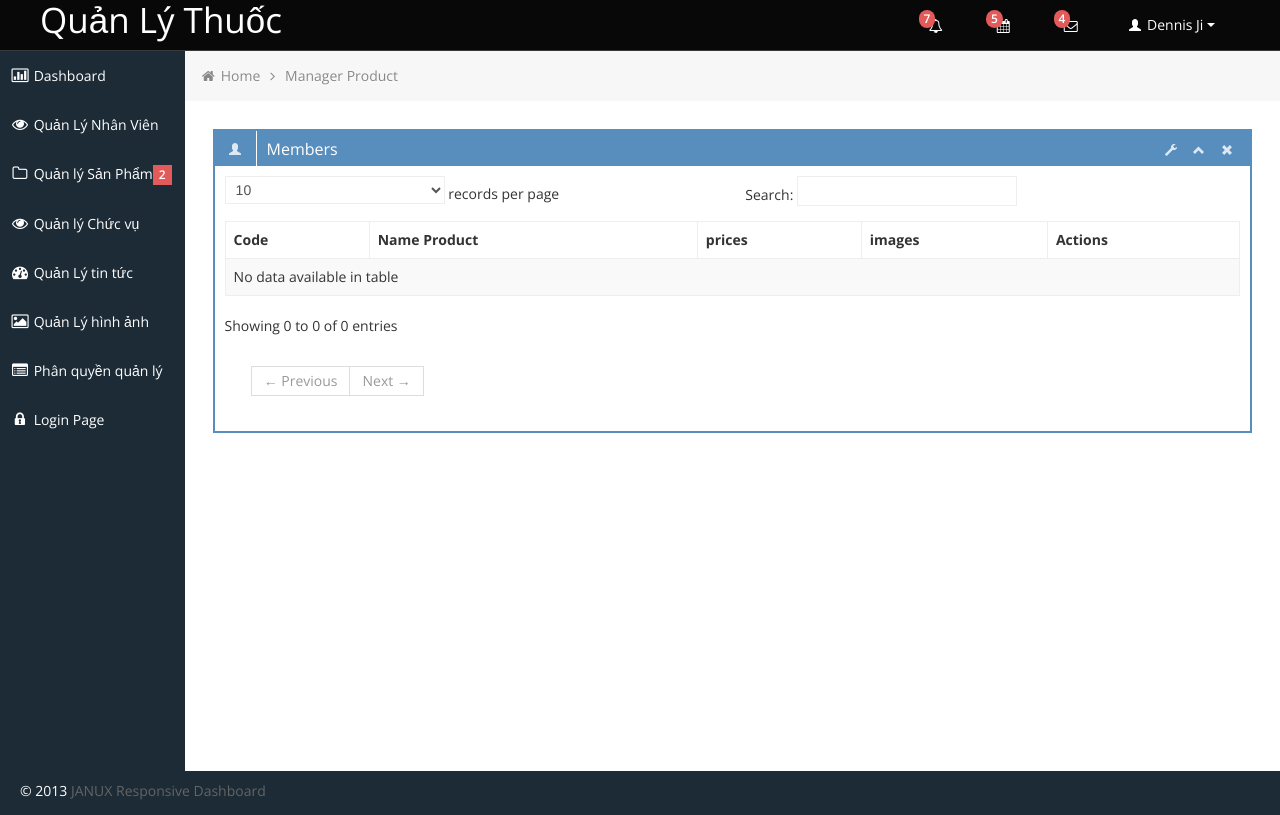
Repository: quangqt/QuanLyThuoc
Page: http://localhost/QuanLyThuoc/
An editor plug-in stored every save of this project. The page is shown before and after the next save, followed by the edit.
The browser window is 1280 px wide. The pictures show the whole page.
The page is served by Tomcat 9. Queries for data that is not in the repository find no rows.

Above is the page before, as saved 2018-05-02 03:52:47.

After the next save:
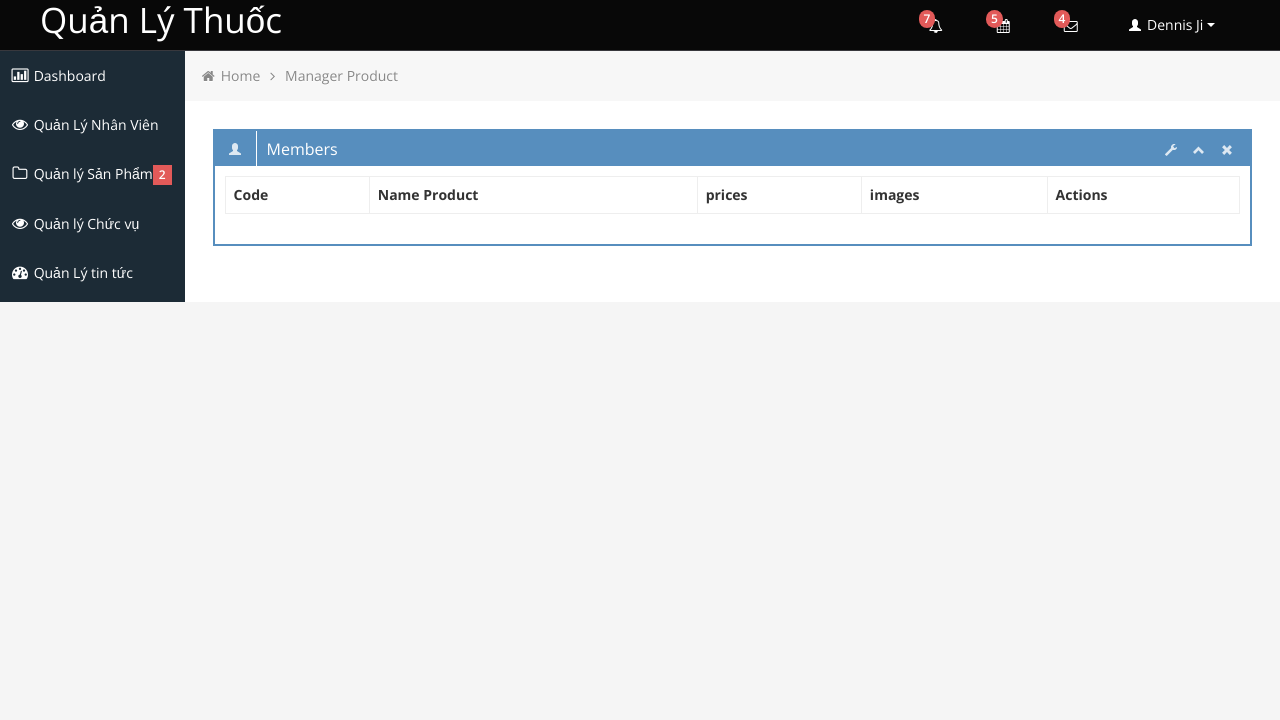
Saved 2 min 20 s later.
--- a/web-duoc/QuanLyThuoc/WebContent/WEB-INF/admin/managerProduct.jsp
+++ b/web-duoc/QuanLyThuoc/WebContent/WEB-INF/admin/managerProduct.jsp
@@ -109,7 +109,7 @@
 	</div>
 	<div class="clearfix"></div>
 
-	<jsp:include page="_footer.jsp"></jsp:include>
+	<jsp:include page=""></jsp:include>
 
 </body>
 </html>
